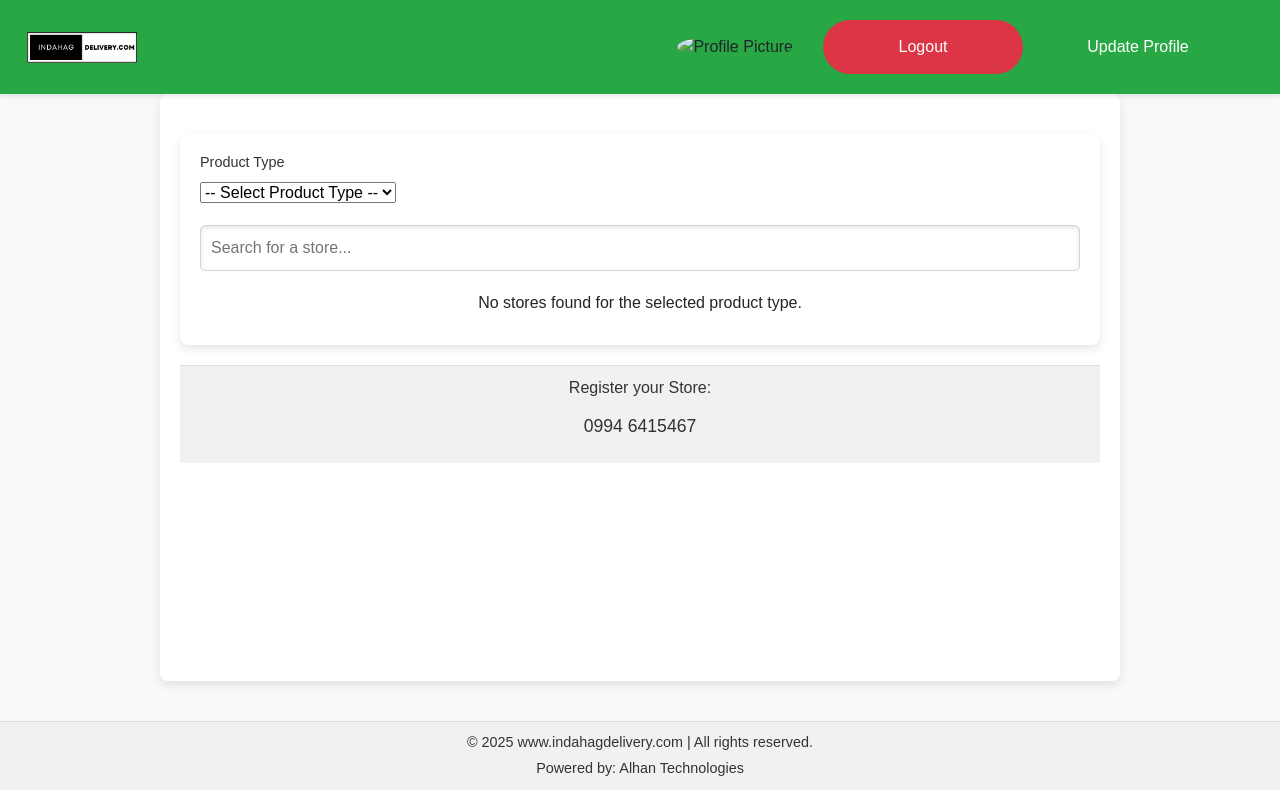
Repository: Jijiluzana225/indahagdelivery.com
Page: store/templates/store/store_list.html
The author's editor kept a copy of each file at every save. The page is drawn from the files as they stood at one save, then again after the next save.
The browser window is 1280 px wide. The pictures show the whole page.
The template is drawn by Django 5.2. The application's start-up code is not run. The template is opened directly, without the code that normally fills it, so the values that code supplies are empty.

Above is the page before, as saved 2025-01-22 08:33:23.

After the next save:
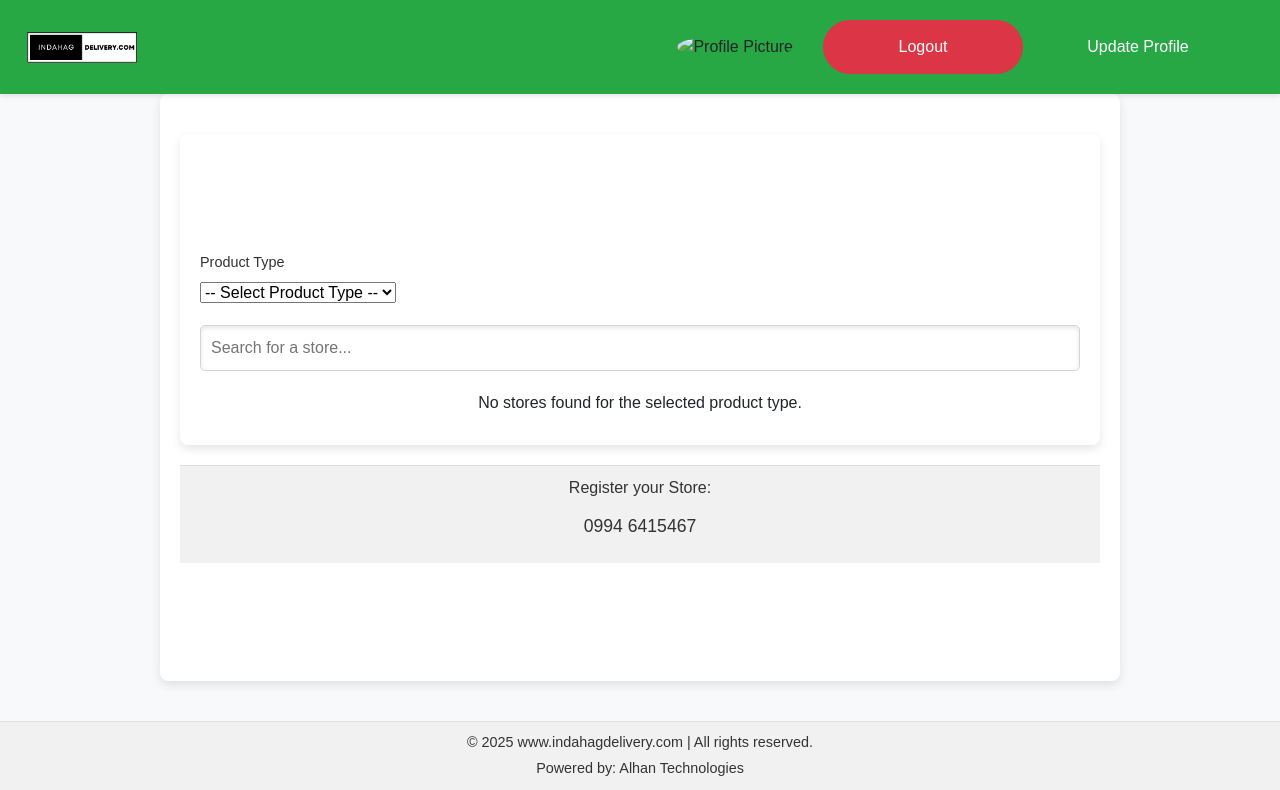
Saved 26 s later.
--- a/store/templates/store/store_list.html
+++ b/store/templates/store/store_list.html
@@ -154,7 +154,7 @@
             font-size: 0.9rem;
             color: #333;
             margin-bottom: 10px;
-            margin-top:100;
+            margin-top:100px;
         }
 
     </style>
